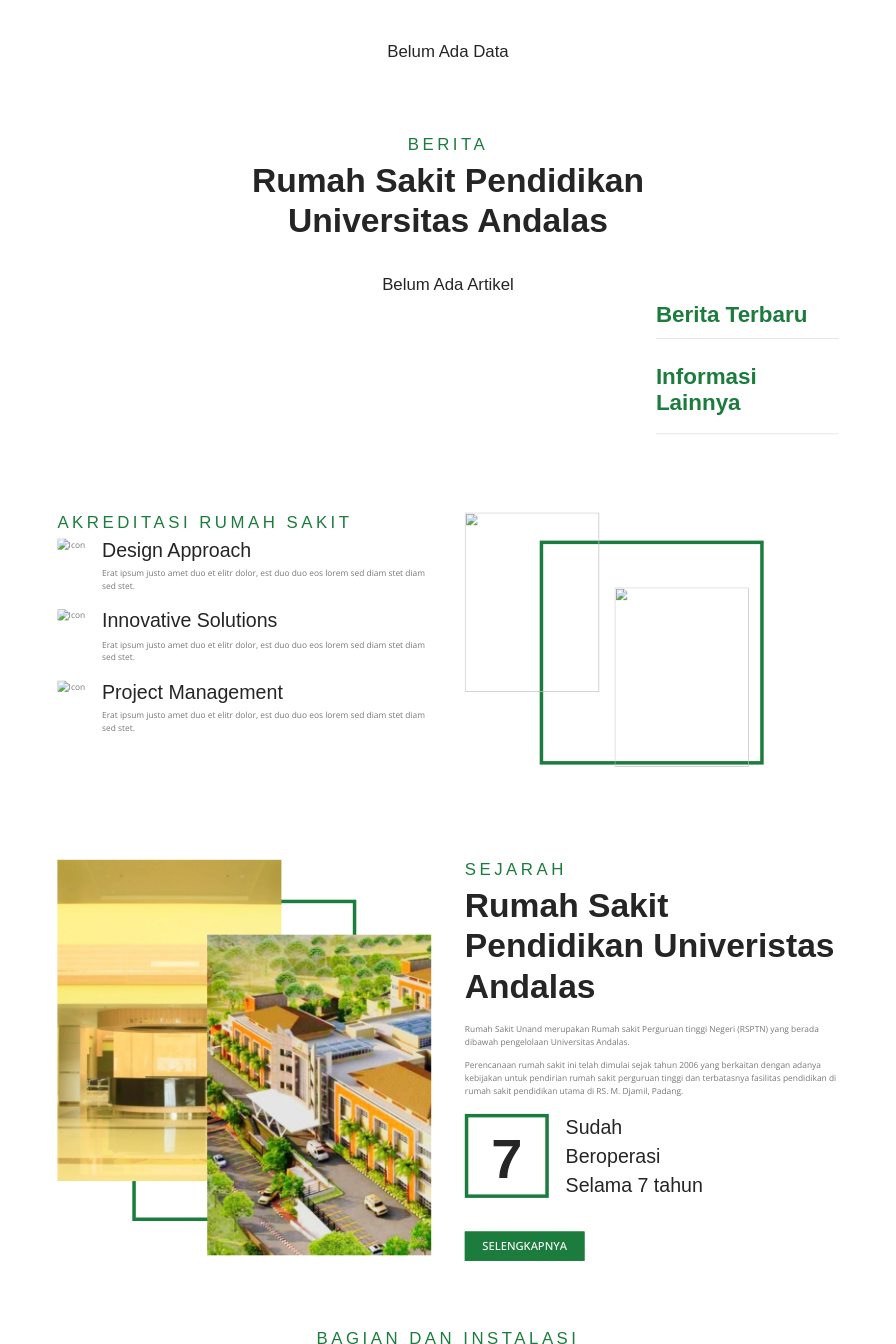
Repository: vivin-erialis/rsunand-site
Page: http://localhost/
These files come from the project's save history. The page is drawn as it stood at one moment and after the next save; the edit follows.
The browser window is 1280 px wide. The pictures show the part of the page from y = 365 to 2285 px (the page is 3111 px tall), at 70% of full size.
Some web fonts or font styles are not loaded; a fallback is used. Some web libraries are served in a nearby version. The page is served by the project's Laravel application, run on PHP 8.4 with Laravel 12. Queries for data that is not in the repository find no rows.

Above is the page before, as saved 2024-06-10 08:13:49.
Console error: TypeError: Cannot read properties of undefined (reading 'version')

After the next save:
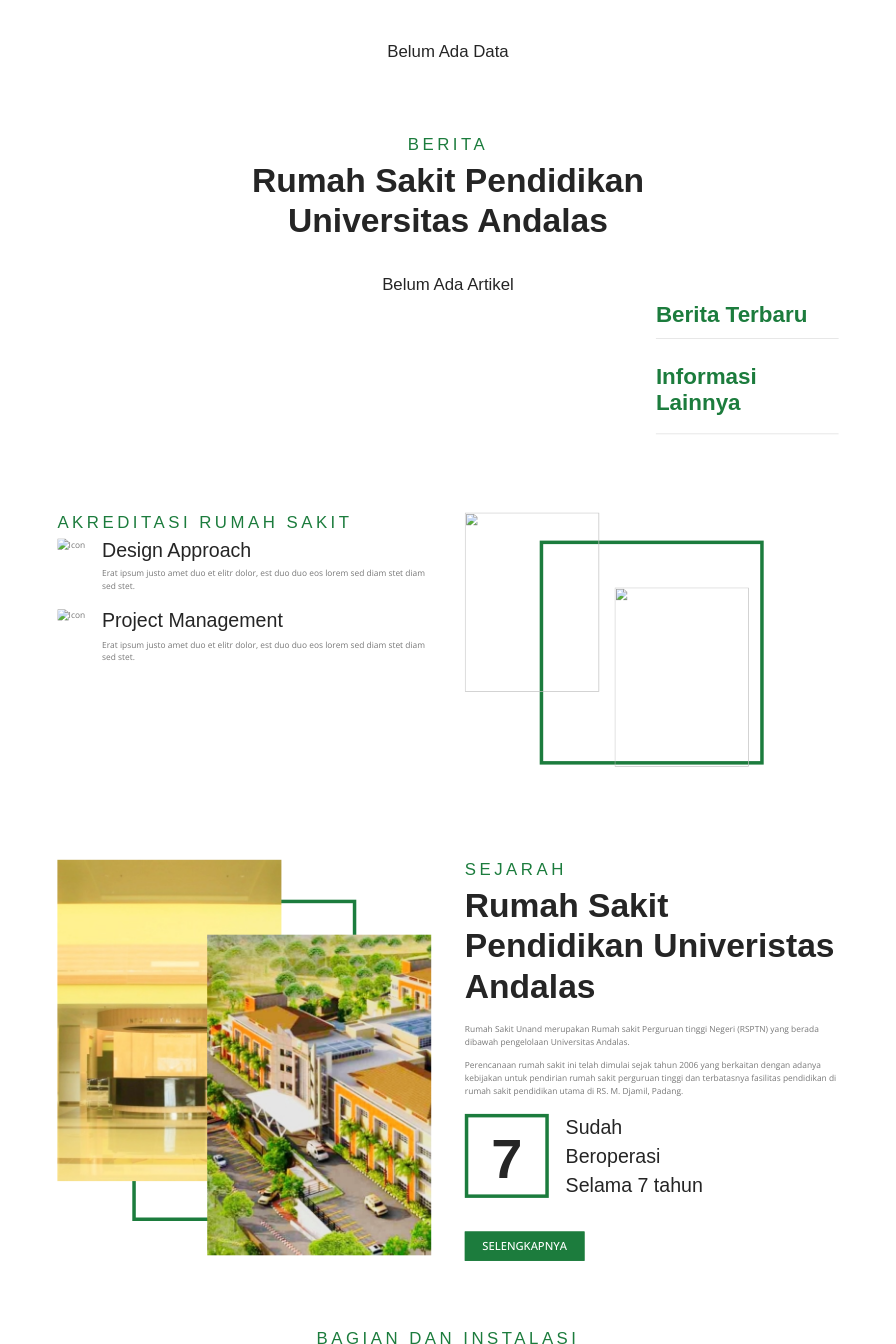
Saved 20 s later.
--- a/resources/views/Frontend/home.blade.php
+++ b/resources/views/Frontend/home.blade.php
@@ -275,15 +275,6 @@
                         </div>
                         <div class="col-12">
                             <div class="d-flex align-items-start">
-                                <img class="flex-shrink-0" src="img/icons/icon-3.png" alt="Icon">
-                                <div class="ms-4">
-                                    <h3>Innovative Solutions</h3>
-                                    <p class="mb-0">Erat ipsum justo amet duo et elitr dolor, est duo duo eos lorem sed diam stet diam sed stet.</p>
-                                </div>
-                            </div>
-                        </div>
-                        <div class="col-12">
-                            <div class="d-flex align-items-start">
                                 <img class="flex-shrink-0" src="img/icons/icon-4.png" alt="Icon">
                                 <div class="ms-4">
                                     <h3>Project Management</h3>
